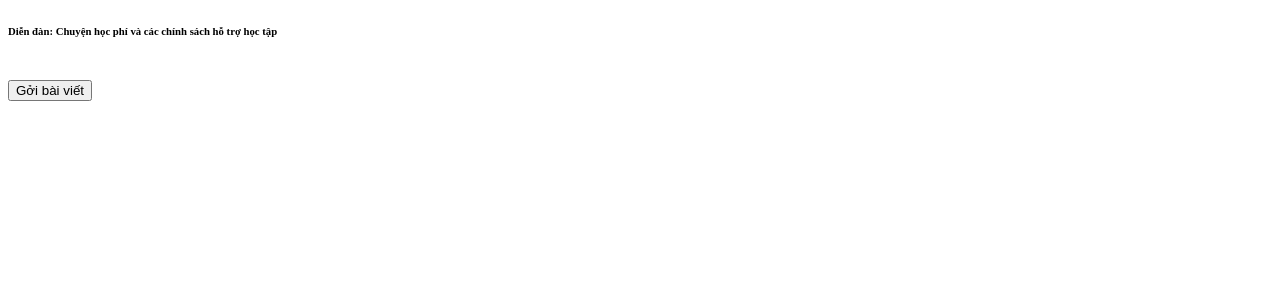
Repository: nguyenthanhnhan-st-961/GiuaKyChuyenDeWeb
Page: http://localhost/listTopics
These files come from the project's save history. The page is drawn as it stood at one moment and after the next save; the edit follows.
The browser window is 1280 px wide. The pictures show the whole page.
The page is this project's Thymeleaf template; nobody is signed in. The template is opened directly, without the code that normally fills it, so the values that code supplies are empty.

Above is the page before, as saved 2023-04-10 03:06:53.

After the next save:
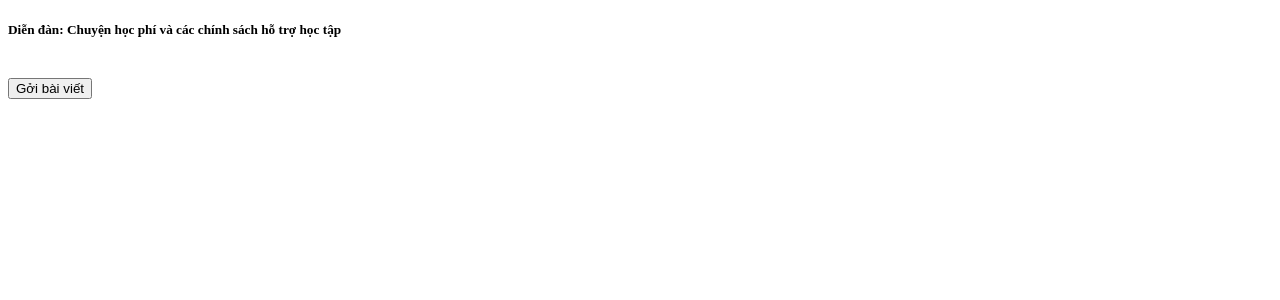
Saved 32 s later.
--- a/Forum/src/main/resources/templates/listTopics.html
+++ b/Forum/src/main/resources/templates/listTopics.html
@@ -5,7 +5,7 @@
 <title></title>
 </head>
 <body>
-	<h6>Diễn đàn: Chuyện học phí và các chính sách hỗ trợ học tập</h6>
+	<h5>Diễn đàn: Chuyện học phí và các chính sách hỗ trợ học tập</h6>
 	<br />
 
 	<a href="#"><button type="button" >Gởi bài viết</button></a>
